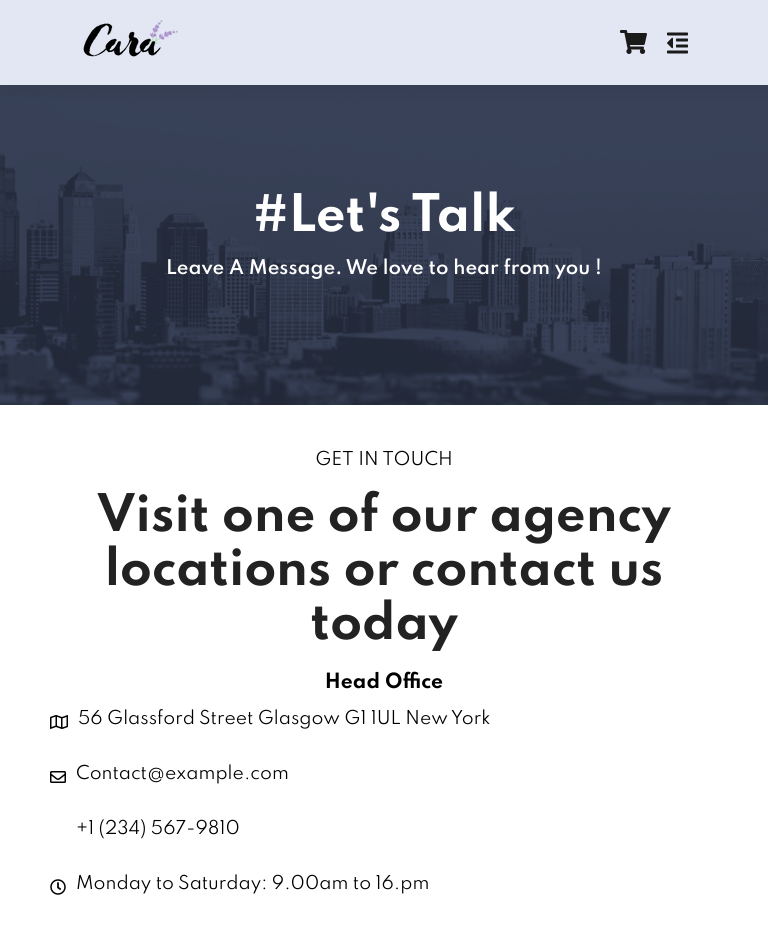
Repository: Daryllgio/E-Commerce-Website-UI
Page: contact.html
An editor plug-in stored every save of this project. The page is shown before and after the next save, followed by the edit.
The browser window is 768 px wide. The pictures show the part of the page from y = 0 to 934 px (the page is 2725 px tall).
Pictures or frames that could not be fetched are drawn as grey boxes. Some web libraries are served in a nearby version.

Above is the page before, as saved 2025-01-09 10:18:23.

### contact.html
<!DOCTYPE html>
<html lang="en">

<head>
    <meta charset="UTF-8">
    <meta http-equiv="X-UA-Compatible" content="IE=edge">
    <meta name="viewport" content="width=device-width, initial-scale=1.0">
    <title>Giovanny's Ecommerce UserInterface</title>

    <link rel="stylesheet" href="https://pro.fontawesome.com/releases/v5.10.0/css/all.css" />

    <link rel="stylesheet" href="style.css">
</head>

<body>
    <section id="header">
        <a href="#"><img src="img/logo.png" id="logo" class="logo" alt=""></a>

        <div>
            <ul id="navbar">
                <li>
                    <a href="index.html">Home</a>
                </li>
                <li>
                    <a href="shop.html">Shop</a>
                </li>
                <li>
                    <a class="active" href="contact.html">Contact</a>
                </li>
                <li id="lg-bag">
                    <a href="cart.html"><i class="fa fa-shopping-cart" aria-hidden="true"></i></a>
                </li>
                <a href="#" id="close"><i class="far fa-times"></i></a>
            </ul>
        </div>
        <div id="mobile">
            <a href="cart.html"><i class="fa fa-shopping-cart" aria-hidden="true"></i></a>
            <i id="bar" class="fas fa-outdent"></i>
        </div>
    </section>
    <section id="ContactPageheader" class="section-p1">
        <h2>#Let's Talk</h2>
        <p>Leave A Message. We love to hear from you !</p>
    </section>
    <section id="ContactDetailContainer">
        <div class="Contact">
            <p>
                GET IN TOUCH
            </p>
            <h2>
                Visit one of our agency locations or contact us today
            </h2>
            <h3>
                Head Office
            </h3>
            <div class="ContactDetail">
                <i class="far fa-map"></i>
                <p>
                    56 Glassford Street Glasgow G1 1UL New York
                </p>
            </div>
            <div class="ContactDetail">
                <i class="far fa-envelope"></i>
                <p>
                    Contact@example.com
                </p>
            </div>
            <div class="ContactDetail">
                <i class="far fa-phone-alt"></i>
                <p>
                    +1 (234) 567-9810
                </p>
            </div>
            <div class="ContactDetail">
                <i class="far fa-clock"></i>
                <p>
                    Monday to Saturday: 9.00am to 16.pm
                </p>
            </div>
        </div>

        <div class="map">
            <iframe
                src="https://www.google.com/maps/embed?pb=!1m18!1m12!1m3!1d3154.2481147782505!2d-122.38923522391983!3d37.760780071988954!2m3!1f0!2f0!3f0!3m2!1i1024!2i768!4f13.1!3m3!1m2!1s0x808f7f001c806bf3%3A0xfff22b37f9f735f4!2sY%20Combinator!5e0!3m2!1sen!2sus!4v1735790510353!5m2!1sen!2sus"
                width="600" height="450" style="border:0;" allowfullscreen="" loading="lazy"
                referrerpolicy="no-referrer-when-downgrade"></iframe>
        </div>
    </section>

    <section id="sm-NewsLetter" class="section-p1">
        <div class="Newsletters-Container">
            <div class="Newsletters-Text">
                <h3>Sign Up For Newsletters</h3>
                <p> Get the updates about out latest shop and <span>special offers</span></p>
            </div>
            <div class="Newsletters-Input">
                <input placeholder="Your email address" />
                <button>
                    Sign Up
                </button>
            </div>
        </div>
    </section>

    <section id="Contact-Input">
        <h2>
            Contact Us
        </h2>
        <input type="text" placeholder="Your Name" class="Input-Box" />
        <input type="text" placeholder="Email" class="Input-Box" />
        <input type="text" placeholder="Subject" class="Input-Box" />
        <textarea type="text" placeholder="Your Message" class="Input-Message-Box"></textarea>
        <button>
            Submit
        </button>
    </section>

    <section id="Footer" class="section-p1">
        <div class="Footer-box">
            <h3>Contact</h3>
            <p><span>Address: </span>1233 Colonel By Drive, Ottawa, Canada</p>
            <p><span>Phone: </span>+1 (234) 567-9810</span></p>
            <p><span>Hours: </span>1233 Coloenl By Drive, Ottawa, Canada</p>
            <h3>Follow Us</h3>

            <div class="Social-Icons">
                <i class="fab fa-facebook-f"></i>
                <i class="fab fa-instagram"></i>
                <i class="fab fa-pinterest-p"></i>
            </div>
        </div>

        <div class="Footer-box">
            <h3>About</h3>
            <a href="#">Delivery Information</a>
            <a href="#">Privacy Policy</a>
            <a href="#">Terms & Conditions</a>
            <a href="contact.html">Contact Us</a>
        </div>

        <div class="Footer-box">
            <h3>My Account</h3>
            <a href="#">Sign In</a>
            <a href="cart.html">View Cart</a>
            <a href="#">Track My Order</a>
            <a href="#">Help</a>
        </div>

        <div class="Footer-box">
            <h3>Install App</h3>
            <p>From App Store or Google Play</p>
            <div class="Pay-Container">
                <img src="img/pay/app.jpg" class="pay" alt="">
                <img src="img/pay/play.jpg" class="pay" alt="">

            </div>
            <p>Secured Payment Gateways</p>
            <img src="img/pay/pay.png" alt="">

        </div>

    </section>
    <div id="copyright">
        <p>
            Giovanny, E-commerce website project
        </p>
    </div>


    <script src="script.js"></script>

</body>

</html>

### style.css
@import url("https://fonts.googleapis.com/css2?family=Spartan:wght@100;200;300;400;500;600;700;800;900&display=swap");

* {
  margin: 0;
  padding: 0;
  box-sizing: border-box;
  font-family: "Spartan", sans-serif;
}

html {
  scroll-behavior: smooth;
}

/* Global Styles */

h1 {
  font-size: 50px;
  line-height: 64px;
  color: #222;
}

h2 {
  font-size: 46px;
  line-height: 54px;
  color: #222;
}

h4 {
  font-size: 20px;
  color: #222;
}

h6 {
  font-weight: 700;
  font-size: 12px;
}

p {
  font-size: 16px;
  color: #465b52;
  margin: 15px 0 20px 0;
}

.section-p1 {
  padding: 40px 80px;
}

.section-m1 {
  margin: 40px 0;
}

button.normal {
  font-size: 14px;
  font-weight: 400;
  padding: 15px 20px;
  border-radius: 5px;
  cursor: pointer;
  border: none;
  outline: none;
  transition: 0.3s;
}

body {
  width: 100%;
}

#header {
  display: flex;
  align-items: center;
  justify-content: space-between;
  padding: 20px 80px;
  background: #E3E6F3;
  box-shadow: 0 5px 15px rgba(0, 0, 0, 0.06);
  position: sticky;
  top: 0;
  left: 0;

}



#navbar {
  display: flex;
  align-items: center;
  justify-content: center;
}

#navbar li {
  list-style: none;
  padding: 0px 20px;
}

#navbar li a {
  text-decoration: none;
  font-size: 15px;
  font-weight: 600;
  color: #000;
  transition: 0.3s ease;
}

#navbar li a:hover,
#navbar li a.active {
  color: #088178;
}

#mobile {
  display: none;
  align-items: center;
}

#close {
  display: none;
}

#HomeHeaderContent {
  background-image: url("img/hero4.png");
  height: 90vh;
  width: 100%;
  background-size: cover;
  background-position: top 25% right 0;
  padding: 0 80px;
  align-items: flex-start;
  display: flex;
  flex-direction: column;
  justify-content: center;
}

#HomeHeaderContent h4 {
  margin-bottom: 10px;
}

#HomeHeaderContent h1 {
  color: #088178;
}

#HomeHeaderContent button {
  color: #088178;
  background-image: url("img/button.png");
  font-size: 15px;
  font-weight: 600;
  background-color: transparent;
  border: 0;
  padding: 14px 80px 14px 65px;
  background-repeat: no-repeat;
  cursor: pointer;
}

#Features {
  display: flex;
  align-items: center;
  justify-content: space-between;
  flex-wrap: wrap;
}

#Features .fe-box {
  width: 200px;
  text-align: center;
  padding: 35px 25px;
  border: 1px solid #cce7d0;
  box-shadow: 20px 20px 34px rgba(0, 0, 0, 0.03);
  border-radius: 10px;
  margin-right: 15px 0;
}

#Features .fe-box:hover {
  box-shadow: 10px 10px 54px rgba(0, 0, 0, 0.1);
}

#Features .fe-box img {
  width: 100%;
  margin-bottom: 10px;
}

#Features .fe-box h6 {
  font-size: 13px;
  display: inline-block;
  line-height: 1;
  border-radius: 4px;
  color: #088178;
  background-color: #fddde4;
  padding: 9px 8px 6px 8px;
}

#Features .fe-box:nth-child(2) h6 {
  background-color: #cdebbc;
}

#Features .fe-box:nth-child(3) h6 {
  background-color: #d1e8f2;
}

#Features .fe-box:nth-child(4) h6 {
  background-color: #cdd4f8;
}

#Features .fe-box:nth-child(5) h6 {
  background-color: #f6dbf6;
}

#Features .fe-box:nth-child(6) h6 {
  background-color: #fff2e5;
}

#product1 {
  text-align: center;
}

#product1 .pro {
  width: 23%;
  min-width: 250px;
  padding: 10px 25px;
  border: 1px solid #f0f0f0;
  border-radius: 20px;
  cursor: pointer;
  box-shadow: 20px 20px 30px rgba(0, 0, 0, 0.02);
  transition: 0.3s ease;
}

#product1 .pro:hover {
  box-shadow: 20px 20px 30px rgba(0, 0, 0, 0.06);

}

#product1 .pro img {
  width: 100%;
  border-radius: 20px;
}

#product1 .pro .des {
  text-align: start;
  padding: 10px 0;
}

#product1 .pro .des span {
  color: #606063;
  font-size: 12px;
}

#product1 .pro .des h5 {
  color: #1a1a1a;
  font-size: 14px;
  padding-top: 7px;
}

#product1 .pro .des .fa-star {
  color: rgb(243, 181, 25);
  font-size: 12px;
}

#product1 .pro .des h4 {
  font-size: 16px;
  padding-top: 7px;
  font-weight: 700;
  color: #088178;

}

#product1 .pro .Shop {
  display: flex;
  justify-content: space-between;
}

#product1 .pro .des .fa-shopping-cart {
  width: 40px;
  height: 40px;
  line-height: 40px;
  border-radius: 50px;
  font-size: 17px;
  background-color: #e8f6ea;
  font-weight: 500;
  color: #088178;
  border: 1px solid #cce7d0;
  text-align: center;
}

#product1 .pro-container {
  display: flex;
  justify-content: space-between;
  padding: 20px;
  flex-wrap: wrap;
}


#banner {
  background-image: url("img/banner/b2.jpg");
  height: 40vh;
  width: 100%;
  background-size: cover;
  background-position: top 25% right 0;
  padding: 0 80px;
  text-align: center;
  display: flex;
  flex-direction: column;
  align-items: center;
  justify-content: center;
}

#banner p {
  font-size: 15px;
  margin-bottom: 15px;
  font-weight: 400;
  color: #ffffff;
}

#banner h2 {
  color: #fff;
  margin-bottom: 15px;
}

#banner span {
  color: red;
}

#banner button:hover {
  color: #fff;
  background-color: #088178;
}



#sm-banner {
  display: flex;
  justify-content: space-between;
  flex-wrap: wrap;
  margin-bottom: 10px;
}

#sm-banner .banner-box {
  background-image: url("img/banner/b17.jpg");
  height: 50vh;
  min-width: 620px;
  background-size: cover;
  padding: 0 20px;
  display: flex;
  flex-direction: column;
  align-items: flex-start;
  justify-content: center;

}

#sm-banner .banner-box:nth-child(2) {
  background-image: url("img/banner/b10.jpg");
}

#sm-banner p {
  font-size: 20px;
  color: #fff;
}

#sm-banner h2 {
  color: #fff;
}

#sm-banner span {
  font-size: 17px;
  color: #fff;
  margin-top: 15px;
}

#sm-banner button {
  margin-top: 25px;
  background-color: transparent;
  color: #fff;
  border: 1px solid #fff;
  transition: 0.3s ease;

}

#sm-banner button:hover {
  border: 0;
  background-color: #088178;
}




#sm-banner2 {
  display: flex;
  justify-content: space-between;
}

#sm-banner2 .banner-box {
  background-image: url("img/banner/b7.jpg");
  height: 30vh;
  min-width: 30%;
  background-size: cover;
  padding: 20px;
  display: flex;
  flex-direction: column;
  align-items: flex-start;
  justify-content: center;
  background-size: cover;
  background-position: center;

}

#sm-banner2 .banner-box:nth-child(2) {
  background-image: url("img/banner/b4.jpg");
}

#sm-banner2 .banner-box:nth-child(3) {
  background-image: url("img/banner/b18.jpg");
}

#sm-banner2 h3 {
  font-size: 28px;
  color: #fff;
}

#sm-banner2 span {
  font-size: 17px;
  color: #fff;
  font-weight: 600;
  margin-top: 15px;
}

#sm-NewsLetter {
  background-image: url("img/banner/b14.png");
  background-repeat: no-repeat;
  height: 25vh;
  width: 100%;
  background-size: cover;
  background-position: top 25% right 30%;
  background-color: #041e42;
  justify-content: center;
  align-items: center;
  display: flex;
  flex-direction: column;
  text-align: center;
}



#sm-NewsLetter .Newsletters-Container h3 {
  color: #fff;
  font-size: 24px;
}

#sm-NewsLetter .Newsletters-Container p {
  color: #fff;
}

#sm-NewsLetter .Newsletters-Container span {
  color: rgb(243, 181, 25);
}

#sm-NewsLetter .Newsletters-Input {
  display: flex;
}

#sm-NewsLetter input {
  width: 400px;
  border: 0;
  border-radius: 5px;
  border-top-right-radius: 0;
  border-bottom-right-radius: 0;
  height: 55px;
  padding-left: 30px;
  font-size: 16px;
}

#sm-NewsLetter button {
  width: 150px;
  height: 55px;
  font-size: 16px;
  color: #fff;
  background-color: #088178;
  border: 0;
  border-radius: 5px;
  border-top-left-radius: 0;
  border-bottom-left-radius: 0;
}

#Footer {
  display: flex;
  flex-direction: row;
  justify-content: space-between;
  flex-wrap: wrap;
  gap: 20px;
}

#Footer .Footer-box {
  display: flex;
  flex-direction: column;
}

#Footer a {
  margin-bottom: 10px;
  text-decoration: none;
  color: #000;
}



#Footer h3 {
  margin-bottom: 10px;
}

#Footer .Social-Icons {
  display: flex;
  flex-direction: row;
  align-items: center;
}

#Footer i {
  margin-right: 10px;
}

#Footer span {
  font-weight: 600;
}

#Footer p {
  margin-bottom: 10px;
}

#Footer .pay {
  border: 1px solid #088178;
  border-radius: 10px;
}

#copyright p {
  text-align: center;
  font-size: 17px;
  font-weight: 400;
}

#ShopPageheader {
  background-image: url("img/banner/b1.jpg");
  height: 40vh;
  width: 100%;
  background-size: cover;
  background-position: top 25% right 0;
  padding: 0 80px;
  text-align: center;
  display: flex;
  flex-direction: column;
  align-items: center;
  justify-content: center;
}

#ShopPageheader h2 {
  color: #fff;
}

#ShopPageheader p {
  color: #fff;
  font-size: 18px;
  font-weight: 600;
}

#ShopPagePagination {
  display: flex;
  align-items: center;
  justify-content: center;
  margin-bottom: 20px;
}

#ShopPagePagination a {
  padding: 20px 25px;
  align-items: center;
  text-align: center;
  background-color: #088178;
  font-size: 15px;
  font-weight: 600;
  border: 0;
  text-decoration: none;
  border-radius: 10px;
  margin-right: 10px;
  color: #fff;
}

#ShopPagePagination a i {
  font-size: 18px;
}

.dropdown-content {
  display: none;
  position: absolute;
  background-color: #f9f9f9;
  min-width: 160px;
  box-shadow: 0px 8px 16px rgba(0, 0, 0, 0.2);
  z-index: 1;
}

.dropdown-content a {
  color: black;
  padding: 12px 16px;
  text-decoration: none;
  display: block;
}

.dropdown-content a:hover {
  background-color: #f1f1f1;
}

#Product-Detail-Container {
  display: flex;
  padding: 0 80px;
  margin-top: 30px;
}

#Product-Detail-Container .OptionContainer {
  display: flex;
  align-items: center;
  flex-direction: column;
  margin-right: 30px;
}

#Product-Detail-Container .OptionSubContainer {
  display: flex;
  justify-content: flex-start;
}



#MainImg {
  width: 590px;
  height: 60vh;
  margin-bottom: 10px;
}

#Product-Detail-Container .option {
  width: 140px;
  height: 20vh;
  margin-right: 10px;
  cursor: pointer;
}

#Product-Detail-Container .Product-Category {
  margin-bottom: 20px;
}

#Product-Detail-Container .Product-Price {
  margin-bottom: 20px;
}

#Product-Detail-Container .dropdown-btn {
  padding: 12px 25px;
  border: 1px solid;
  border-radius: 5px;
  background-color: transparent;
}

#Product-Detail-Container .Product-Num-Container {
  display: flex;
  align-items: center;
  margin-top: 10px;
  margin-bottom: 50px;
}

#Product-Detail-Container .Size-btn {
  padding: 12px 25px;
  border: 1px solid;
  border-radius: 5px;
  text-align: center;
  margin-right: 10px;
  background-color: #fff;
}

#Product-Detail-Container .AddToCart-btn {
  padding: 16px 25px;
  border: 0;
  border-radius: 7px;
  text-align: center;
  background-color: #088178;
  color: #fff;
  font-size: 15px;
  font-weight: 600;
}


#Product-Detail-Container .Product-Detail-Header {
  color: #000;
  font-size: 22px;
  font-weight: 600;
}

#Product-Detail-Container .Product-Details {
  color: #000;
  line-height: 25px;
}

#ContactPageheader {
  background-image: url("img/about/banner.png");
  height: 40vh;
  width: 100%;
  background-size: cover;
  background-position: top 25% right 0;
  padding: 0 80px;
  text-align: center;
  display: flex;
  flex-direction: column;
  align-items: center;
  justify-content: center;
}

#ContactPageheader h2 {
  color: #fff;
}

#ContactPageheader p {
  color: #fff;
  font-size: 18px;
  font-weight: 600;
}

#ContactDetailContainer {
  display: flex;
  align-items: center;
  gap: 20px;
  padding: 30px 50px;
}

#ContactDetailContainer .ContactDetail {
  display: flex;
  align-items: center;
  gap: 10px;
}

#ContactDetailContainer h2 {
  margin-bottom: 20px;
}

#ContactDetailContainer p {
  color: #000;
  font-size: 17px;
}

#Contact-Input {
  display: flex;
  flex-direction: column;
  gap: 10px;
  padding: 20px 100px;
  align-items: center;
}

#Contact-Input h2 {
  text-align: center;
}

#Contact-Input .Input-Box {
  width: 600px;
  height: 40px;
  padding: 0 20px;
  border-radius: 5px;
  border: 1px solid #e1e1e1;
}

#Contact-Input .Input-Message-Box {
  width: 600px;
  height: 200px;
  border: 1px solid #e1e1e1;
  border-radius: 5px;
  padding-left: 15px;
  padding-top: 15px;
}

#Contact-Input button {
  padding: 16px 25px;
  border: 0;
  border-radius: 7px;
  text-align: center;
  background-color: #088178;
  color: #fff;
  font-size: 15px;
  font-weight: 600;
}

#CartPageheader {
  background-image: url("img/about/banner.png");
  height: 40vh;
  width: 100%;
  background-size: cover;
  background-position: top 25% right 0;
  padding: 0 80px;
  text-align: center;
  display: flex;
  flex-direction: column;
  align-items: center;
  justify-content: center;
}

#CartPageheader h2 {
  color: #fff;
}

#CartPageheader p {
  color: #fff;
  font-size: 18px;
  font-weight: 600;
}

#Cart-Summary-Container {
  padding: 30px 150px;
}

#Cart-Summary-Container table {
  width: 100%;
  border-collapse: collapse;
  table-layout: fixed;
  white-space: nowrap;
}

#Cart-Summary-Container table td:nth-child(1) {
  width: 100px;
  text-align: center;
}

#Cart-Summary-Container table td:nth-child(2) {
  width: 100px;
  text-align: center;
}

#Cart-Summary-Container table td:nth-child(3) {
  width: 250px;
  text-align: center;
}

#Cart-Summary-Container table td:nth-child(4) {
  width: 100px;
  text-align: center;
}

#Cart-Summary-Container table td:nth-child(5) {
  width: 100px;
  text-align: center;
}

#Cart-Summary-Container table td:nth-child(6) {
  width: 100px;
  text-align: center;
}

#Cart-Summary-Container .Cart-Content-Header {
  display: flex;
  flex-direction: row;
  justify-content: space-between;
}

#Cart-Summary-Container .option {
  width: 80px;
  height: 80px;
}

#Cart-Summary-Container .Cart-Content {
  display: flex;
  flex-direction: column;
  justify-content: space-between;
}

#Cart-Summary-Container .Card-Content-Container {
  display: flex;
  flex-direction: row;
  justify-content: space-between;
}

#Cart-Summary-Container .dropdown-content {
  display: none;
  position: absolute;
  background-color: #f9f9f9;
  min-width: 160px;
  box-shadow: 0px 8px 16px rgba(0, 0, 0, 0.2);
  z-index: 1;
}

#Cart-Summary-Container .dropdown-content a {
  color: black;
  padding: 12px 16px;
  text-decoration: none;
  display: block;
}

#Cart-Summary-Container .dropdown-content a:hover {
  background-color: #f1f1f1;
}

#Cart-Summary-Container .Size-btn {
  padding: 12px 25px;
  border: 1px solid;
  border-radius: 5px;
  text-align: center;
  margin-right: 10px;
  background-color: #fff;
}

#Cart-Summary-Container table thead {
  border-top: 1px solid #f0f0f0;
  border-bottom: 1px solid #f0f0f0;

}

#Cart-Summary-Container table thead td {
  font-weight: 600;
  font-size: 13px;
  text-transform: uppercase;
  padding-top: 10px;
  padding-bottom: 10px;
}

#Cart-Summary-Container table tbody tr td {
  padding-top: 20px;
}

#Coupon-Total-Container {
  display: flex;
  padding: 20px 200px;
  gap: 350px;
}

#Coupon-Total-Container h3 {
  margin-bottom: 10px;
}

#Coupon-Total-Container .Coupon-Input {
  width: 300px;
  height: 40px;
  padding: 0 20px;
  border-radius: 5px;
  border: 1px solid #e1e1e1;
}

#Coupon-Total-Container .Button {
  padding: 12px 25px;
  border: 0;
  border-radius: 7px;
  text-align: center;
  background-color: #088178;
  color: #fff;
  font-size: 15px;
  font-weight: 600;
  cursor: pointer;
}

/* Responsive Design */

@media (max-width: 799px) {
  .section-p1 {
    padding: 40px 40px;
  }

  #navbar {
    display: flex;
    flex-direction: column;
    align-items: flex-start;
    justify-content: flex-start;
    position: fixed;
    top: 0;
    right: -300px;
    height: 100vh;
    width: 300px;
    background-color: #E3E6F3;
    box-shadow: O 40px 60px rgba(0, 0, 0, 0.01);
    padding: 80px 0 0 10px;
    transition: 0.03s;
  }

  #navbar li {
    margin-bottom: 25px;
  }

  #navbar.active {
    right: 0px;
  }

  #mobile {
    display: flex;
    align-items: center;
  }

  #mobile i {
    color: #1a1a1a;
    font-size: 24px;
    padding-left: 20px;
  }

  #close {
    position: absolute;
    top: 30px;
    left: 30px;
    color: #222;
    font-size: 24px;
    display: initial;
  }

  #lg-bag {
    display: none;
  }

  #HomeHeaderContent {
    height: 70vh;
    padding: 0 80px;
    background-position: top 30% right 30%;

  }

  #Feature {
    justify-content: center;
  }

  #Features .fe-box {
    margin: 15px 0px;
  }

  #product1 .pro-container {
    justify-content: center;
  }

  #product1 .pro {
    margin: 15px;
  }

  #banner {
    height: 30vh;
  }


  #sm-banner .banner-box {
    height: 30vh;
    min-width: 100%;
    margin-bottom: 10px;
  }

  #sm-banner2 .banner-box {
    width: 30%;
  }

  #sm-NewsLetter .Newsletters-Container {
    justify-content: space-between;
    padding: 0 10px;
    display: flex;
    flex-direction: column;
    align-items: center;
    display: flex;
    text-align: center;
  }

  #Product-Detail-Container {
    padding: 0 10px;
  }


  #MainImg {
    width: 350px;
    height: 30vh;
  }

  #Product-Detail-Container .option {
    width: 100px;
    height: 15vh;
    margin-right: 10px;
    cursor: pointer;
  }

  #ContactDetailContainer {
    display: flex;
    align-items: center;
    flex-direction: column;
    gap: 20px;
    padding: 30px 50px;
  }

  #ContactDetailContainer .Contact {
    text-align: center;
  }


}

@media (max-width: 499px) {
  .section-p1 {
    padding: 20px;
  }

  #header {
    padding: 10px 30px;
  }

  h1 {
    font-size: 38px;
  }

  h2 {
    font-size: 32px;
  }

  #HomeHeaderContent {
    padding: 0 20px;
    background-position: 60%;
  }

  #Feature {
    justify-content: center;
  }

  #Features .fe-box {
    width: 155px;
    margin: 15px 0;
  }

  #product1 .pro {
    width: 100%;
  }

  #banner {
    height: 40vh;
  }


  #sm-banner .banner-box {
    height: 40vh;
    max-width: 100%;
  }

  #lg-bag {
    display: none;
  }

  #sm-banner2 {
    display: flex;
    justify-content: space-between;
    flex-direction: column;
  }

  #sm-banner2 .banner-box {
    height: 25vh;
    width: 100%;
    margin-bottom: 10px;
  }

  #sm-NewsLetter {
    height: 22vh;
  }


  #sm-NewsLetter input {
    width: 280px;
    padding-left: 10px;
    font-size: 13px;
    height: 50px;
  }

  #sm-NewsLetter button {
    width: 100px;
    height: 50px;
    font-size: 13px;
  }

  #Product-Detail-Container {
    display: flex;
    margin-top: 30px;
    flex-direction: column;
    justify-content: center;
    align-items: center;
    text-align: center;
  }

  #MainImg {
    width: 300px;
    height: 30vh;
  }

  #Product-Detail-Container .option {
    width: 80px;
    height: 15vh;
    cursor: pointer;
  }

  #Product-Detail-Container .OptionContainer {
    display: flex;
    align-items: center;
    justify-content: center;
    flex-direction: column;
    margin-left: 45px;
  }

  #Product-Detail-Container .OptionSubContainer {
    display: flex;
    justify-content: center;
    align-items: center;
  }

  #Product-Detail-Container .Product-Num-Container {
    display: flex;
    align-items: center;
    justify-content: center;
    margin-top: 20px;
    margin-bottom: 30px;
  }

}

### script.js
function toggleDropdown(dropdownId) {
    const dropdown = document.getElementById(dropdownId);
    const isOpen = dropdown.style.display === "block";
    closeAllDropdowns();
    dropdown.style.display = isOpen ? "none" : "block";
}

function closeAllDropdowns() {
    const dropdowns = document.querySelectorAll(".dropdown-content");
    dropdowns.forEach(dropdown => {
        dropdown.style.display = "none";
    });
}

function updateButtonText(dropdownId, selectedItem) {
    const dropdown = document.getElementById(dropdownId);
    const button = dropdown.previousElementSibling;
    button.textContent = selectedItem.textContent;
    dropdown.style.display = "none";
}


document.addEventListener("click", function (event) {
    if (!event.target.matches(".dropdown-btn") && !event.target.matches(".Size-btn")) {
        closeAllDropdowns();
    }
});

const bar = document.getElementById('bar');
const close = document.getElementById('close');
const nav = document.getElementById('navbar');

if (bar){
    bar.addEventListener('click', () => {
        nav.classList.add('active')
    })
}

if (close){
    close.addEventListener('click', () => {
        nav.classList.remove('active')
    })
}

After the next save:
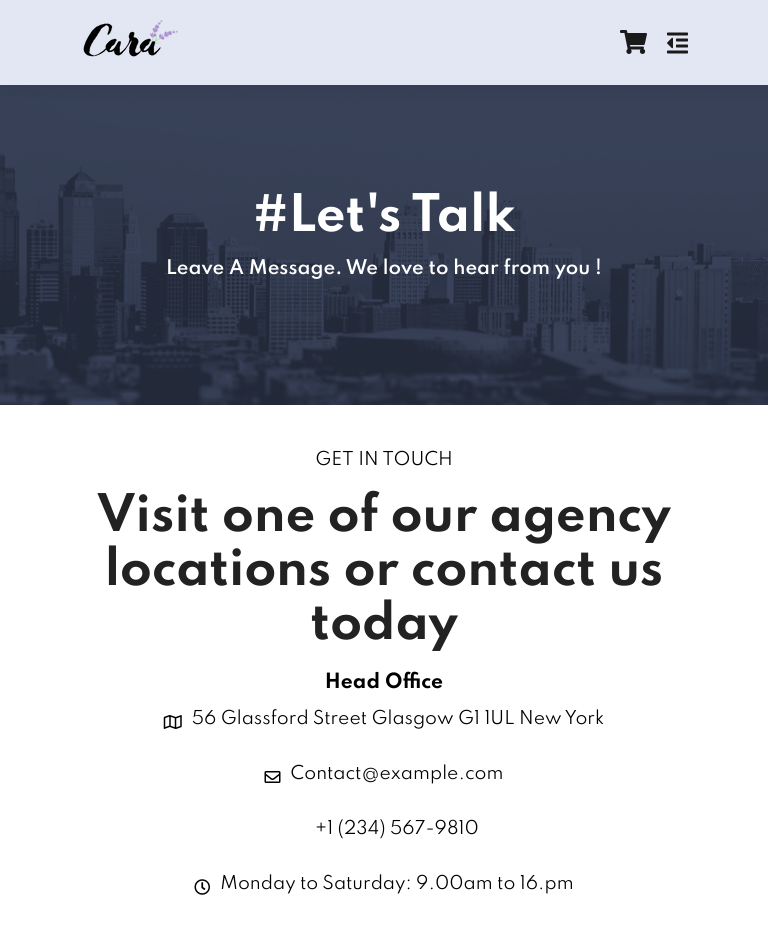
Saved 42 s later.
--- a/style.css
+++ b/style.css
@@ -1064,6 +1064,13 @@ body {
     text-align: center;
   }
 
+  #ContactDetailContainer .ContactDetail {
+    display: flex;
+    align-items: center;
+    justify-content: center;
+    gap: 10px;
+  }
+
 
 }
 
